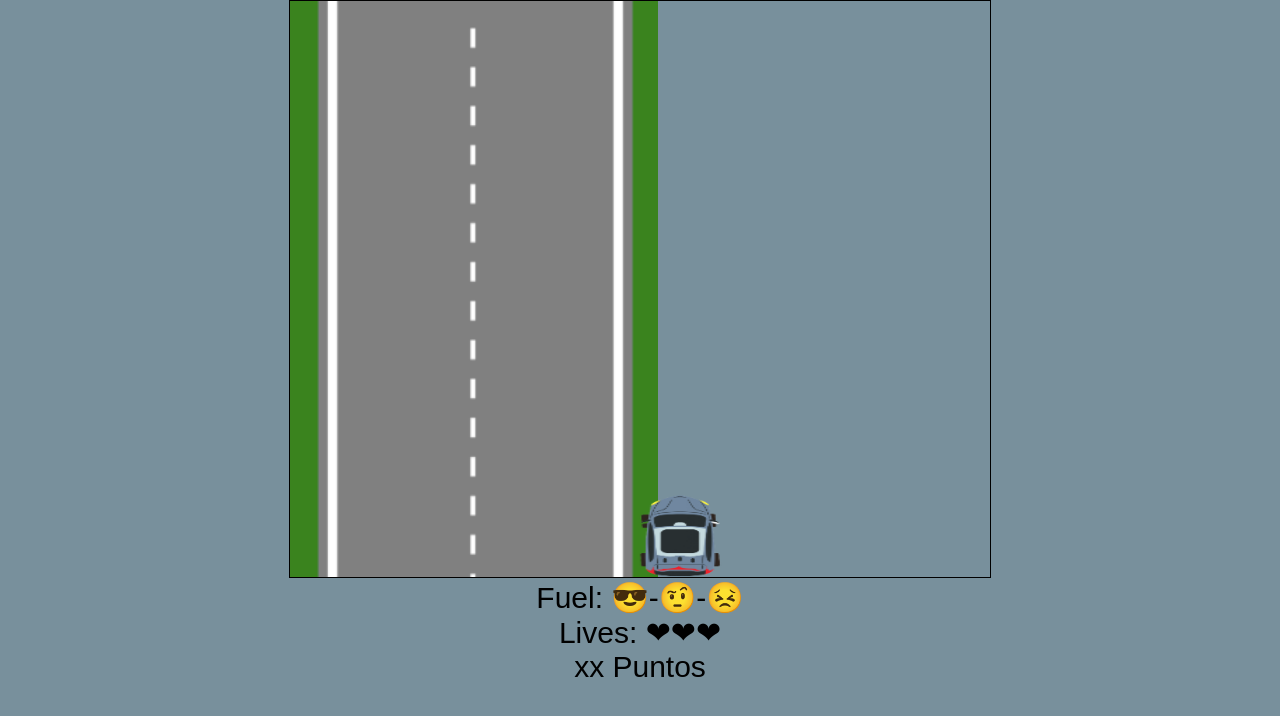
Repository: ChristianGecchelin/ironCarGame
Page: canvas.html
The author's editor kept a copy of each file at every save. The page is drawn from the files as they stood at one save, then again after the next save.
The browser window is 1280 px wide. The pictures show the whole page.

Above is the page before, as saved 2022-06-14 15:51:56.

### canvas.html
<!DOCTYPE html>
<html lang="en">
  <head>
    <meta charset="UTF-8" />
    <meta http-equiv="X-UA-Compatible" content="IE=edge" />
    <meta name="viewport" content="width=device-width, initial-scale=1.0" />
    <title>Canvas</title>
    <link rel="stylesheet" href="./styles/style.css" />
  </head>
  <body>
    <div class="flex">
      <canvas id="canvas" height="700" width="500"> </canvas>
      <div class="info"></div>
    </div>
    <script src="./src/road.js"></script>
    <script src="./src/coche.js"></script>
    <script src="./src/info.js"></script>
    <script src="./src/index.js"></script>
  </body>
</html>

### styles/style.css
* {
  padding: 0;
  margin: 0;
  text-align: center;
  font-family: sans-serif;
}
body {
  background-color: #78909c;
}
.game-intro {
  display: flex;
  flex-direction: column;
  justify-content: center;
  align-items: center;
  padding: 0% 10%;
  height: 100vh;
}
.flex {
  display: flex;
  flex-direction: column;
  justify-content: center;
  align-items: center;
}
canvas {
  height: 80vh;
  width: 700px;
  background-image: url("../images/road.png");
  background-size: contain;
  background-repeat: no-repeat;
}
.info {
  display: flex;
  flex-direction: column;
  align-items: center;
  justify-content: center;
  height: 15vh;
  width: 700px;
}
.information {
  width: 100%;
  font-size: 30px;
  margin: 0;
}

.game-intro p {
  font-size: 18px;
  font-family: "Verdana";
}

.logo-img {
  width: 350px;
}

.arrows-img {
  width: 150px;
}

body button {
  font-size: 30px;
  background-color: #c42830;
  color: #fff;
  padding: 20px 40px;
  border: 0;
  box-shadow: 0;
  border-radius: 5px;
  cursor: pointer;
  margin-bottom: 20px;
}

.button {
  font-size: 30px;
  background-color: #870007;
  color: #fff;
  padding: 20px 40px;
  border: 0;
  box-shadow: 0;
  border-radius: 5px;
  cursor: pointer;
  margin-bottom: 20px;
}

#game-board {
  float: left;
  padding: 20px 0px;
  display: flex;
  flex-direction: column;
  justify-content: center;
}

#endScreen {
  font-family: Verdana, Geneva, Tahoma, sans-serif;
  width: 500px;
  background-color: white;
  border: 1px solid black;
}

#canvas {
  border: 1px solid black;
}

#endScreen {
  position: absolute;
}

.redText {
  color: red;
  font-weight: bolder;
}

#placeHolderImg {
  width: 500px;
  height: 700px;
  position: absolute;
  display: none;
  background-image: url("./../images/road2.png");
  background-repeat: no-repeat;
  background-size: 500px 700px;
}

.divInstructions {
  margin: 0 auto;
  width: 50%;
  border: 1px solid black;
  margin-bottom: 20px;
  padding: 20px 20px;
}

/* Class preventing pointer events while moving the car */
.noPointers {
  pointer-events: none;
  -webkit-user-select: none;
  -moz-user-select: none;
  -ms-user-select: none;
  user-select: none;
}

### src/road.js
let image = new Image();
image.src = "../images/road.png";
const backgroundImage = {
  img: image,
  y: 1000,
  speed: -1,

  move: function () {
    this.y -= this.speed;
    this.y %= canvas.height;
  },

  draw: function () {
    ctx.drawImage(this.img, 0, 0, 500, 700);
    /* if (this.speed < 0) {
      ctx.drawImage(this.img, 0, this.y - canvas.height, 500, 700);
    } else {
      ctx.drawImage(this.img, 0, this.y + canvas.height, 500, 700);
    } */
  },
};

### src/coche.js
class Objeto {
  constructor(x, y, ancho, alto, imagen, ctx) {
    this.x = x;
    this.y = y;
    this.ancho = ancho;
    this.alto = alto;
    this.imagen = imagen;
    this.ctx = ctx;
    this.step = 7;
  }
  dibujar() {
    ctx.drawImage(this.imagen, this.x, this.y, this.ancho, this.alto);
  }

  borrar() {
    ctx.clearRect(this.x, this.y, this.ancho, this.alto);
  }
}

class Player extends Objeto {
  constructor(x, y, ancho, alto, imagen, ctx, lives, fuel) {
    super(x, y, ancho, alto, imagen, ctx);
    this.step = Objeto.step + 2;
    this.lives = lives;
    this.fuel = fuel;
  }
  dibujar() {
    ctx.globalCompositeOperation = "source-over";
    ctx.drawImage(this.imagen, this.x, this.y, this.ancho, this.alto);
  }
  detectarColision(objeto) {
    if (
      this.x >= objeto.x &&
      this.x + this.ancho <= objeto.x + objeto.ancho &&
      this.y <= objeto.y + objeto.alto &&
      this.y >= objeto.y
    ) {
      console.log("colision frontal");
    }
  }
}
class BossEnemy extends Objeto {
  constructor(x, y, ancho, alto, imagen, ctx) {
    super(x, y, ancho, alto, imagen, ctx);
  }
  movimiento() {
    this.borrar();
    this.x = this.x - this.step;
    this.dibujar();
    this.borrar();
    this.x = this.x + this.step;
    this.dibujar();
  }
}

### src/info.js
let info = document.querySelector(".info");
let fuel = document.createElement("p");
fuel.setAttribute("class", "information");
info.appendChild(fuel);
let lives = document.createElement("p");
lives.setAttribute("class", "information");
info.appendChild(lives);
let puntuacion = document.createElement("p");
puntuacion.setAttribute("class", "information");
info.appendChild(puntuacion);
fuel.innerText = "Fuel: 😎-🤨-😣";
lives.innerText = "Lives: ❤❤❤";
puntuacion.innerText = "xx Puntos";

### src/index.js
const canvas = document.querySelector("#canvas");
const ctx = canvas.getContext("2d");
let enemies = [];

let cochePlayer = new Image();
cochePlayer.src = "../images/car.png";

const player = new Objeto(250, 600, 60, 100, cochePlayer, ctx);
console.log(player);
let enemyImage = new Image();
enemyImage.src = "../images/car2.png";

const jugar = () => {
  for (let enemy of enemies) {
    enemy.borrar();
    enemy.y += enemy.step;
    enemy.dibujar();
    player.detectarColision(enemy);
  }
};

const createEnemies = () => {
  const enemy = new Objeto(
    Math.floor(Math.random() * (400 - 50) + 50),
    0,
    60,
    100,
    enemyImage,
    ctx
  );
  enemies.push(enemy);
};

const cargaInicial = () => {
  player.dibujar();
  setInterval(jugar, 50);
  setInterval(createEnemies, 5000);
};
const moverPlayer = (e) => {
  console.log(e);

  player.borrar();
  if (e.key === "ArrowLeft" && player.x > 50) {
    player.x -= player.step;
  }
  if (e.key === "ArrowRight" && player.x < 400) {
    player.x += player.step;
  }
  if (e.key === "ArrowUp" && player.y > 0) {
    player.y -= player.step;
  }
  if (e.key === "ArrowDown" && player.y < 600) {
    player.y += player.step;
  }
  player.dibujar();
};

window.addEventListener("load", cargaInicial);
document.addEventListener("keydown", moverPlayer);

After the next save:
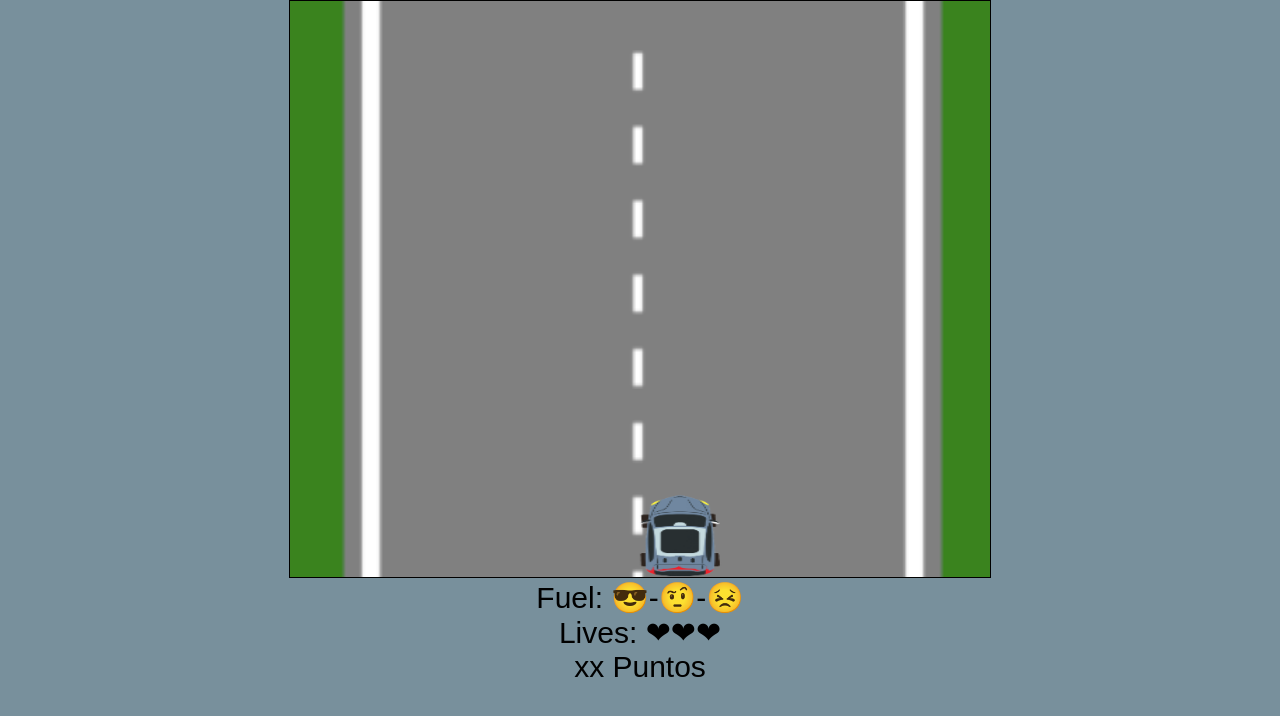
Saved 4 s later.
--- a/styles/style.css
+++ b/styles/style.css
@@ -25,7 +25,7 @@ canvas {
   height: 80vh;
   width: 700px;
   background-image: url("../images/road.png");
-  background-size: contain;
+  background-size: cover;
   background-repeat: no-repeat;
 }
 .info {
